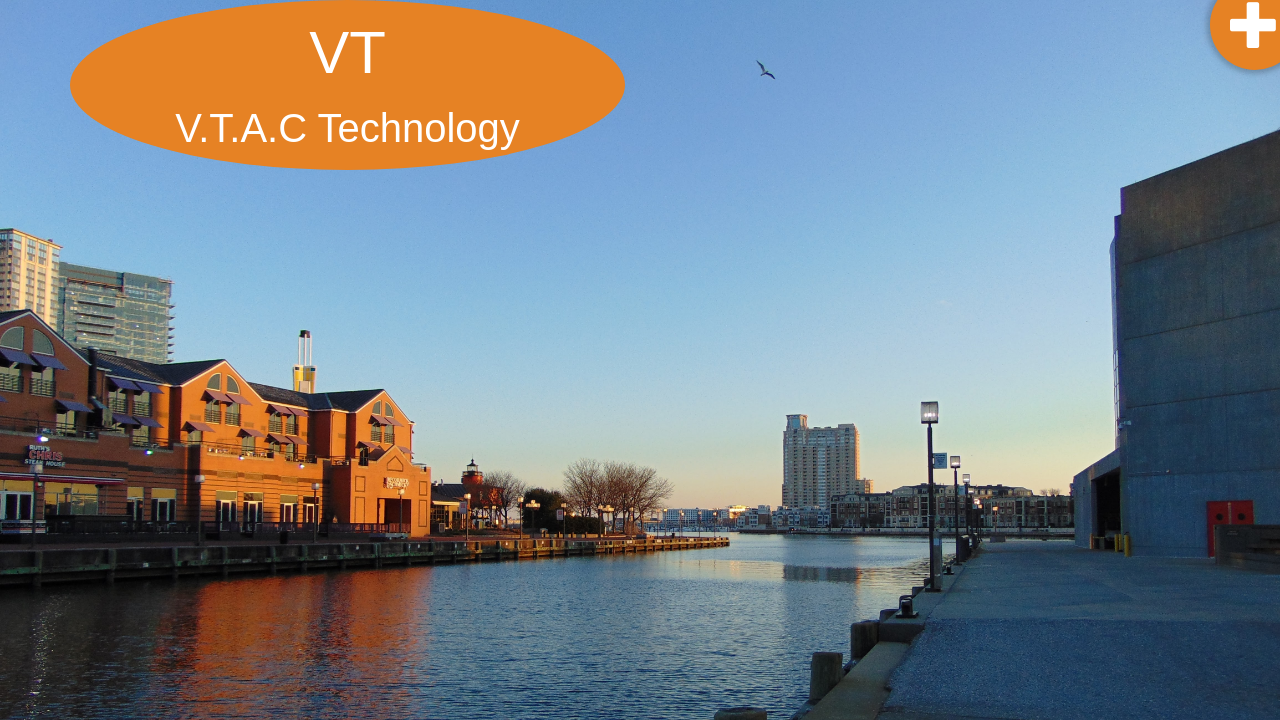
Repository: danidark9312/vtac
Page: http://localhost/vtacTechnology/
The author's editor kept a copy of each file at every save. The page is drawn from the files as they stood at one save, then again after the next save.
The browser window is 1280 px wide. The pictures show the whole page.
The page is served by Tomcat 9.

Above is the page before, as saved 2017-01-30 17:57:54.
Console error (its wording comes from the project's code and is left out).

After the next save:
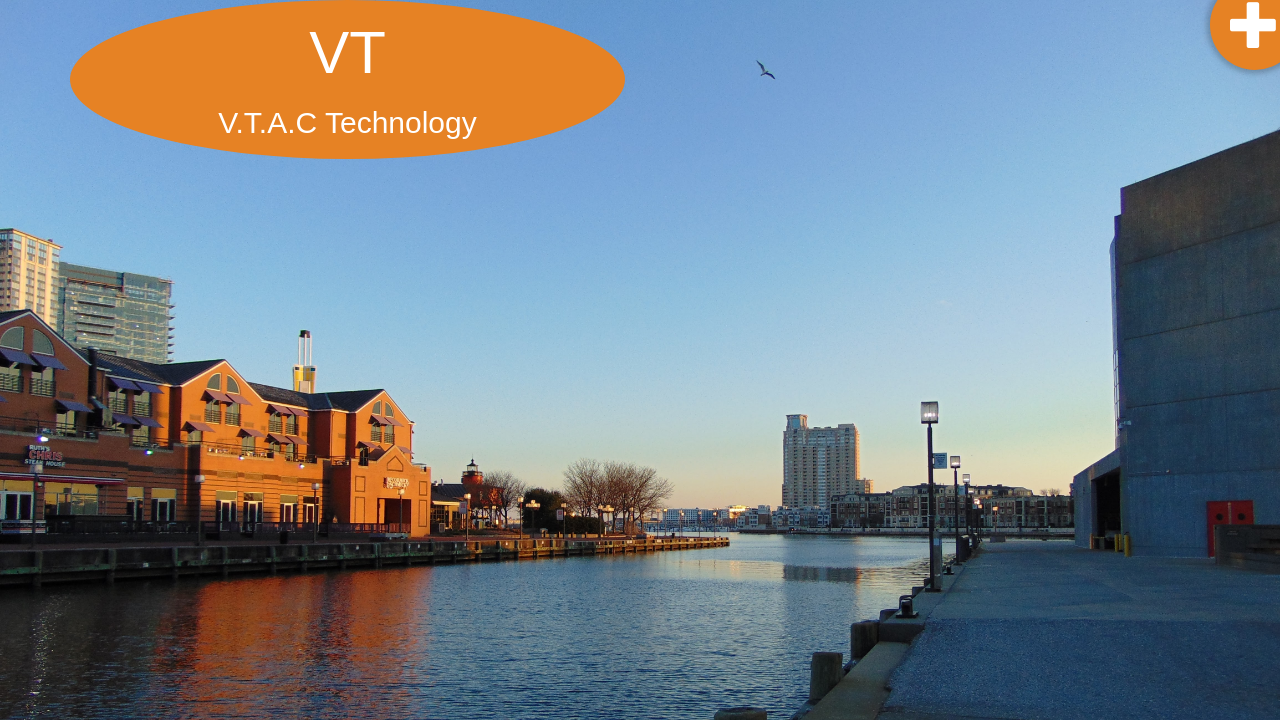
Saved 44 s later.
--- a/vtacTechnology/WebContent/css/common.css
+++ b/vtacTechnology/WebContent/css/common.css
@@ -98,4 +98,5 @@ body {
 
 .mainLogo h2{
 	font-size: 40px
+	    margin-top: 0px;
 }
